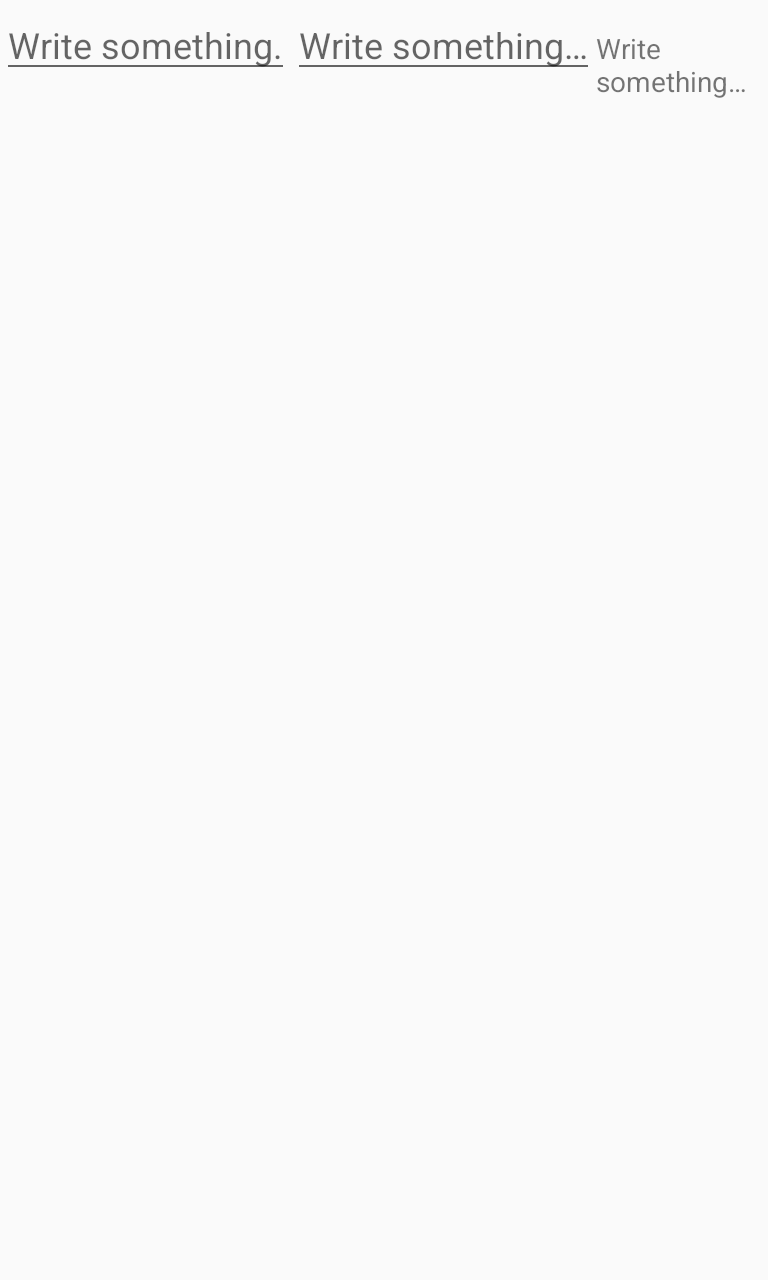
Repository: SVasilev/TimeWaste
Layout: TimeWaste/res/layout/activity_time_waste.xml
An editor plug-in stored every save of this project. The layout is shown before and after the next save, followed by the edit.
It is drawn on a 768 x 1280 px phone screen (xhdpi) without system bars, with theme AppTheme; the app's code is not run.

Above is the layout before, as saved 2014-07-18 23:13:53.

After the next save:
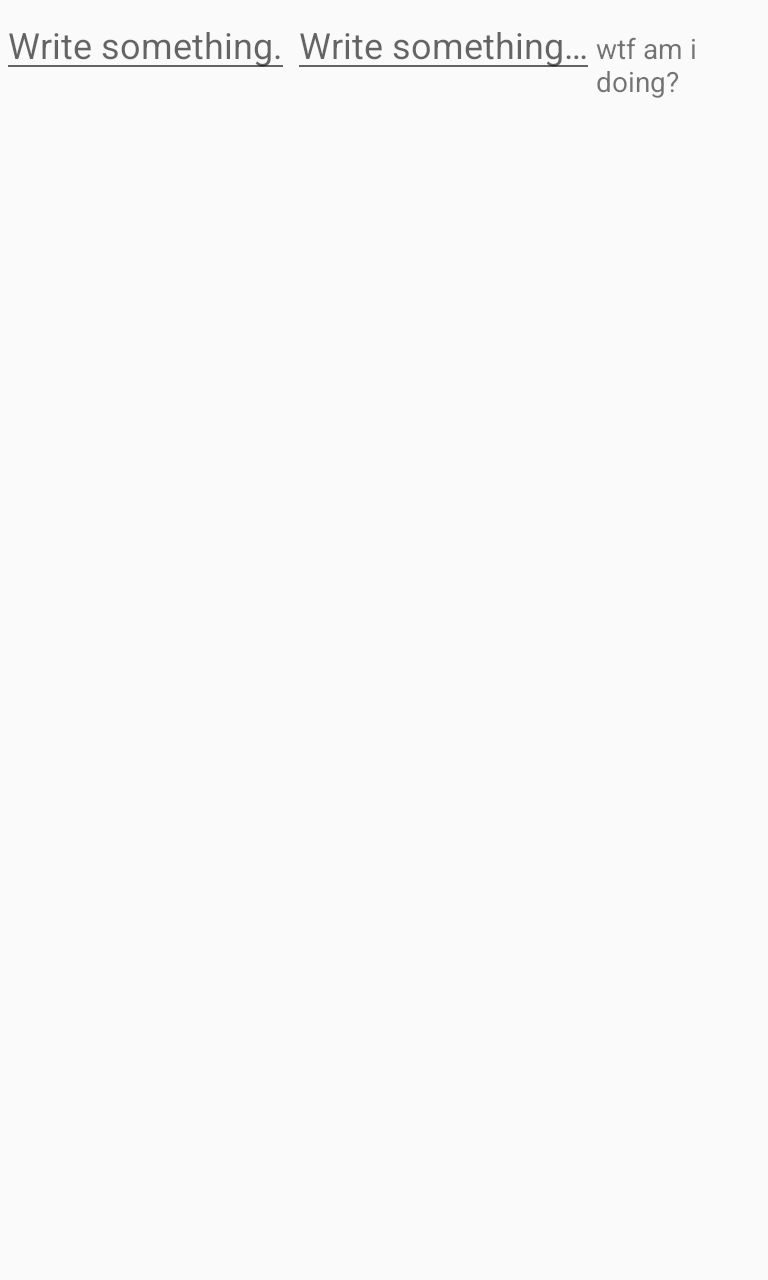
Saved 6 s later.
--- a/TimeWaste/res/values/strings.xml
+++ b/TimeWaste/res/values/strings.xml
@@ -4,7 +4,7 @@
     <string name="app_name">TimeWaste</string>
     <string name="edit_message">Write something.</string>
     <string name="std_message">Write something&#8230; </string>
-    <string name="edit_text_text">Write something&#8230; </string>
+    <string name="edit_text_text">wtf am i doing? </string>
     <string name="action_settings">Settings</string>
 
 </resources>
